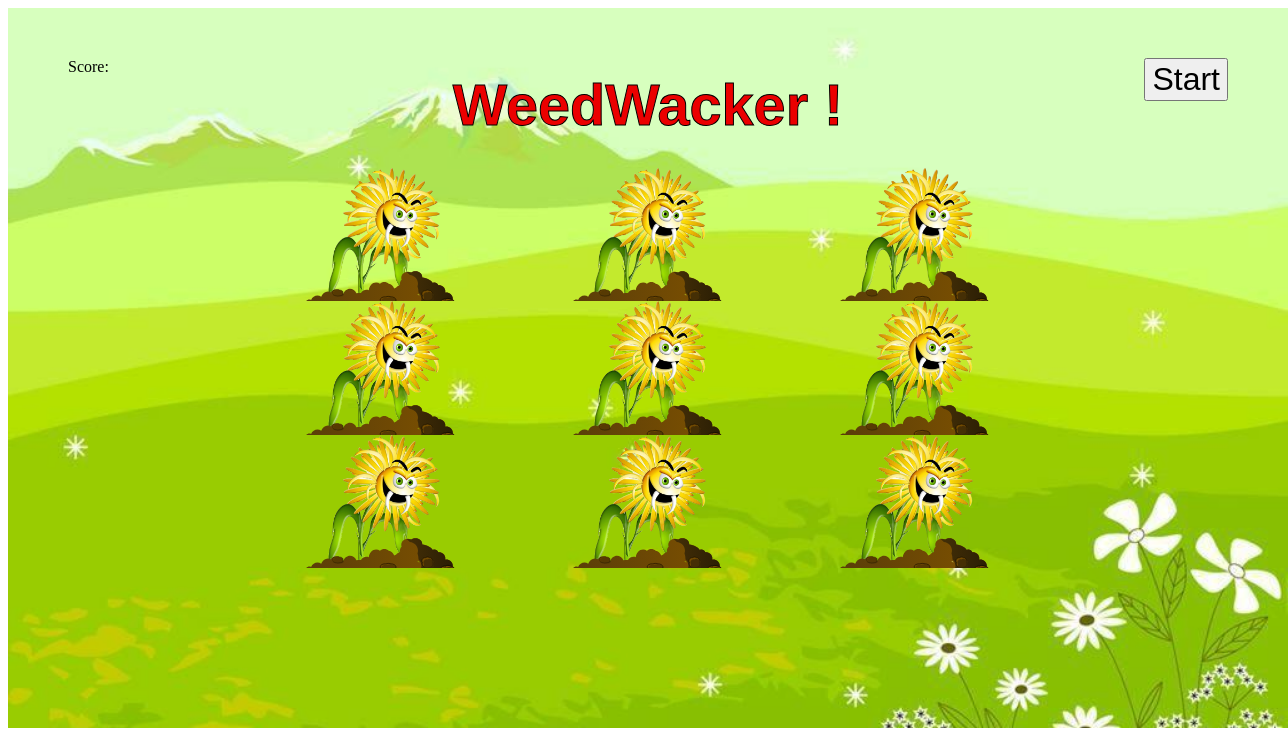
Repository: AustinW24/weedwacker
Page: index.html
These files come from the project's save history. The page is drawn as it stood at one moment and after the next save; the edit follows.
The browser window is 1280 px wide. The page is 1288 px wide, so the pictures cover 1288 px, including what lies to the right of the window. The pictures show the whole page.
Some web fonts or font styles are not loaded; a fallback is used.

Above is the page before, as saved 2022-02-09 10:30:10.

After the next save:
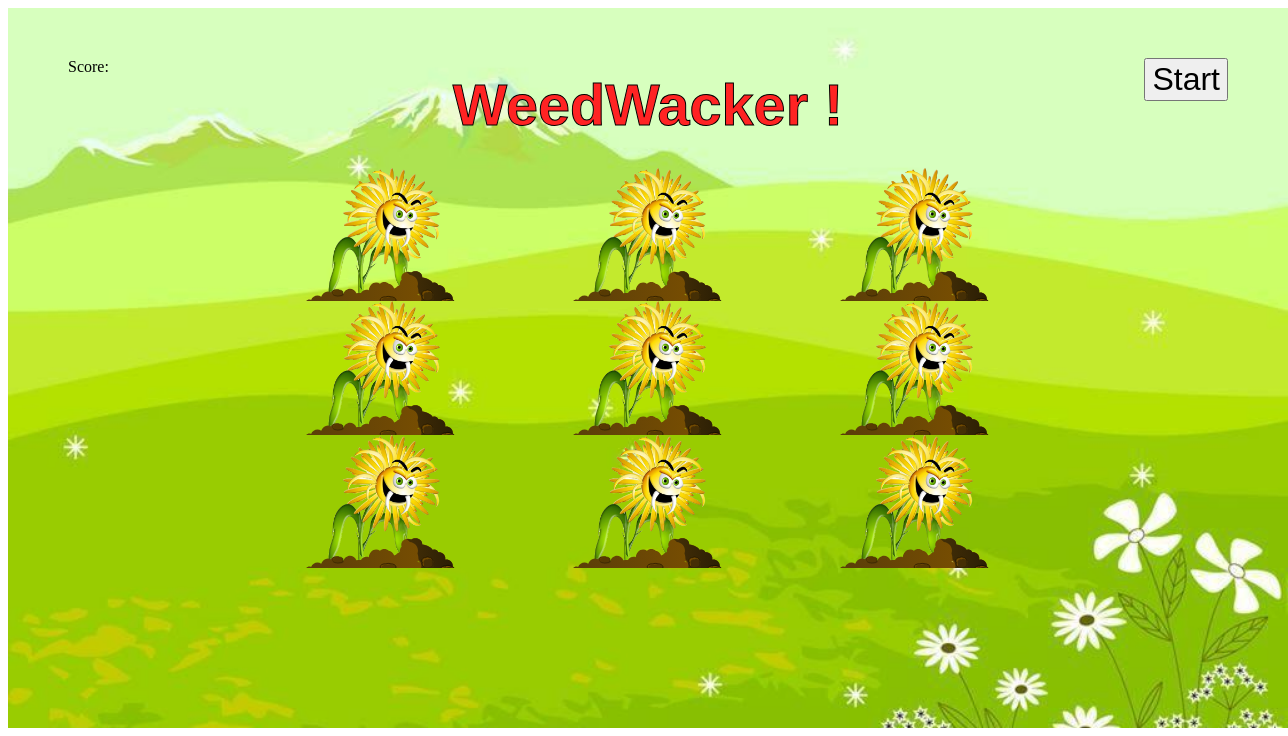
Saved 16 s later.
--- a/style.css
+++ b/style.css
@@ -83,7 +83,7 @@ button {
     top: 0;
     margin-top: 2%;
     font-family: 'Common Pixel', sans-serif;
-    color: rgb(235, 0, 0);
+    color: rgb(255, 35, 35);
     font-size: 2vw;
     font-size: 4vh;
     -webkit-text-stroke-width: 1px;
